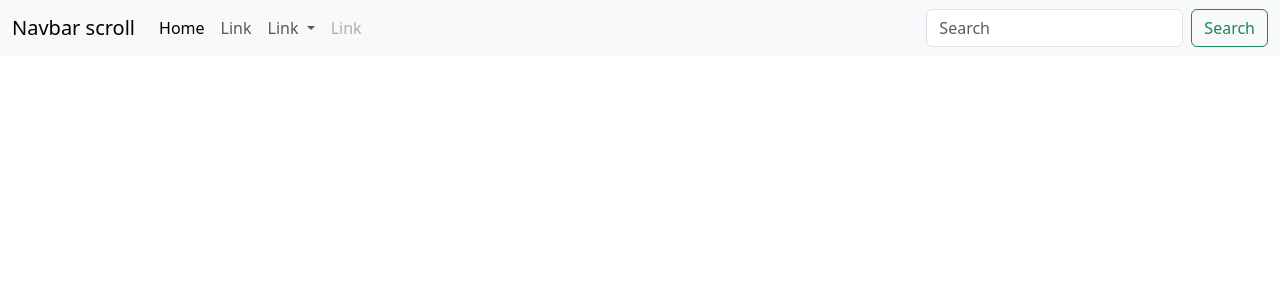
Repository: HaziimYassien/The-Discount-Empire
Page: index.html
The author's editor kept a copy of each file at every save. The page is drawn from the files as they stood at one save, then again after the next save.
The browser window is 1280 px wide. The pictures show the whole page.

Above is the page before, as saved 2024-01-24 17:11:03.

After the next save:
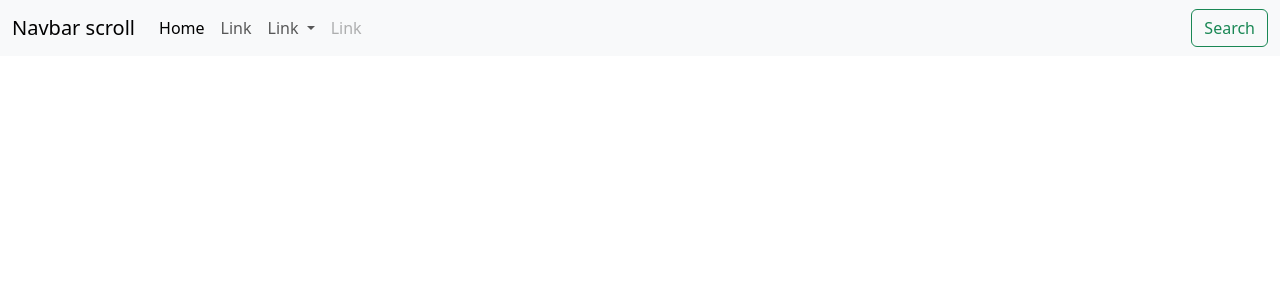
Saved 5 s later.
--- a/index.html
+++ b/index.html
@@ -67,13 +67,7 @@
               >
             </li>
           </ul>
-          <form class="d-flex">
-            <input
-              class="form-control me-2"
-              type="search"
-              placeholder="Search"
-              aria-label="Search"
-            />
+
             <button class="btn btn-outline-success" type="submit">
               Search
             </button>
